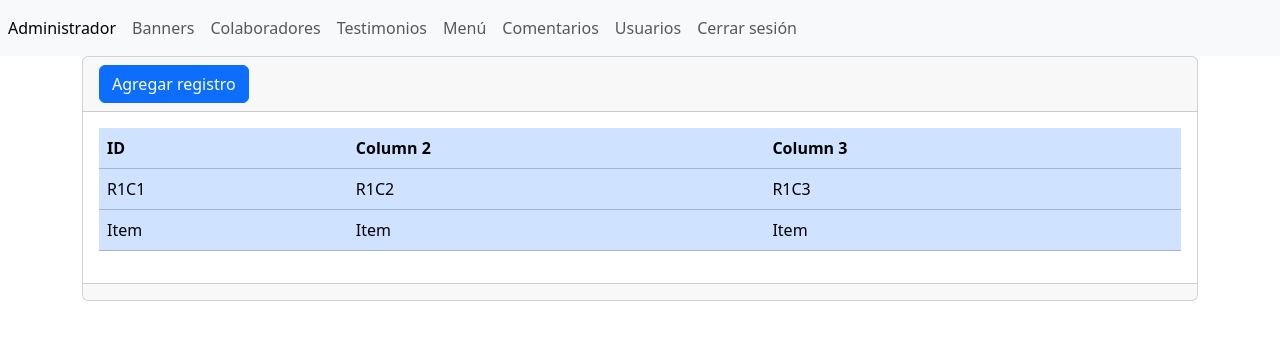
Repository: salextros/Restaurant-Project-PHP-MySQL
Page: http://localhost/restaurant/admin/seccion/banners/index.php
The author's editor kept a copy of each file at every save. The page is drawn from the files as they stood at one save, then again after the next save.
The browser window is 1280 px wide. The pictures show the whole page.
The page is run by PHP 8.4 with error messages shown; the project is at /var/www/html/.

Above is the page before, as saved 2026-01-17 23:37:44.

After the next save:
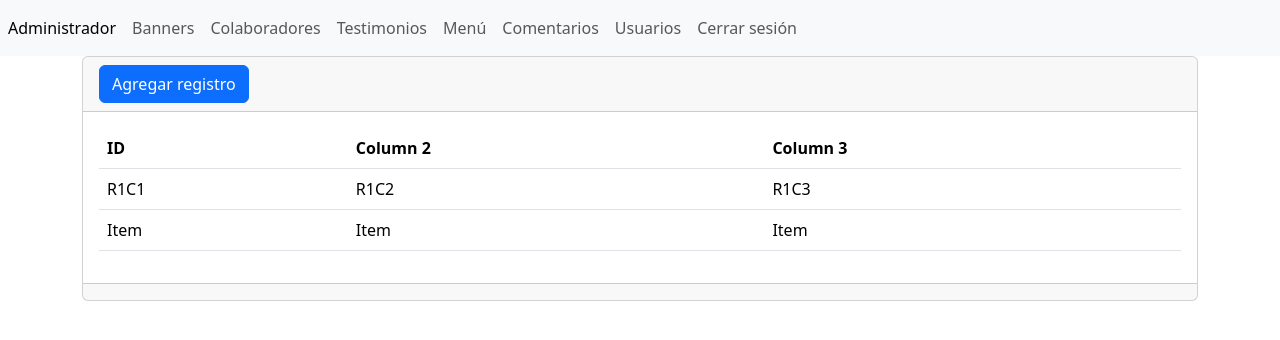
Saved 65 s later.
--- a/restaurant/admin/seccion/banners/index.php
+++ b/restaurant/admin/seccion/banners/index.php
@@ -9,7 +9,7 @@
 
     <div
         class="table-responsive-sm">
-        <table class="table table-primary">
+        <table class="table">
             <thead>
                 <tr>
                     <th scope="col">ID</th>
